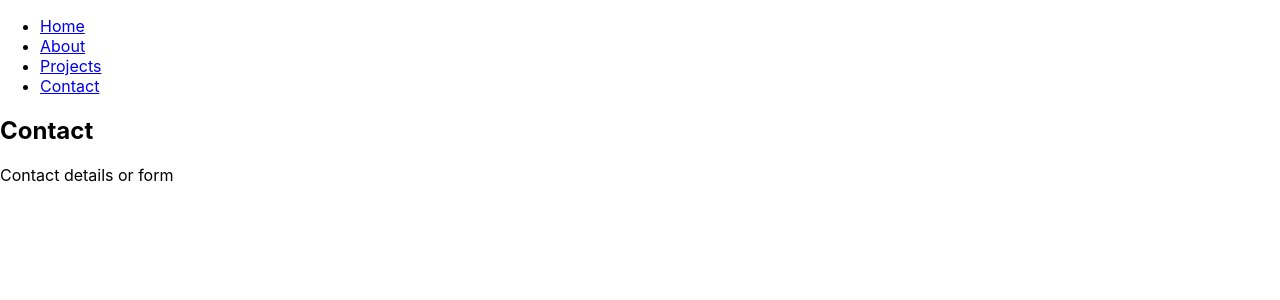
Repository: mjbraun95/my-website
Page: /contact
These files come from the project's save history. The page is drawn as it stood at one moment and after the next save; the edit follows.
The browser window is 1280 px wide. The pictures show the whole page.
The project was rebuilt for these pictures with package versions that can differ from the ones it lists, and the page was loaded fresh each time. Also part of the build but not shown: src/Header.js, src/About.js, src/Projects.js, src/App.css.

Above is the page before, as saved 2023-12-07 12:15:48.

After the next save:
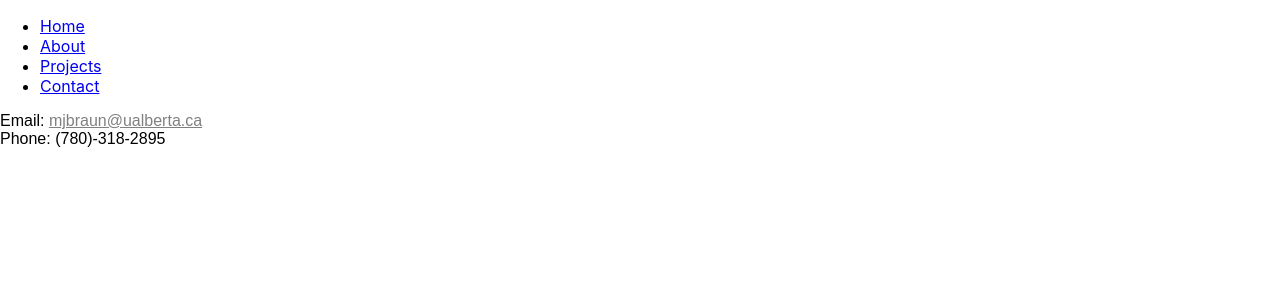
Saved 15 min 30 s later.
--- a/src/Contact.js
+++ b/src/Contact.js
@@ -1,13 +1,14 @@
 import React from 'react';
-import './Contact.module.css'; // Your CSS module for Contact
+import './Contact.module.css'; // Assuming you have a CSS module for Contact
 
 const Contact = () => {
     return (
-        <section id="contact">
-            <h2>Contact</h2>
-            {/* Include your contact form or information here */}
-            <p>Contact details or form</p>
-        </section>
+        <div className="content">
+            <p style={{ fontFamily: 'Arial, Helvetica, sans-serif' }}>
+                Email: <a style={{ color: 'grey' }} href="mailto:mjbraun@ualberta.ca">mjbraun@ualberta.ca</a>
+                <br />Phone: (780)-318-2895
+            </p>
+        </div>
     );
 };
 
